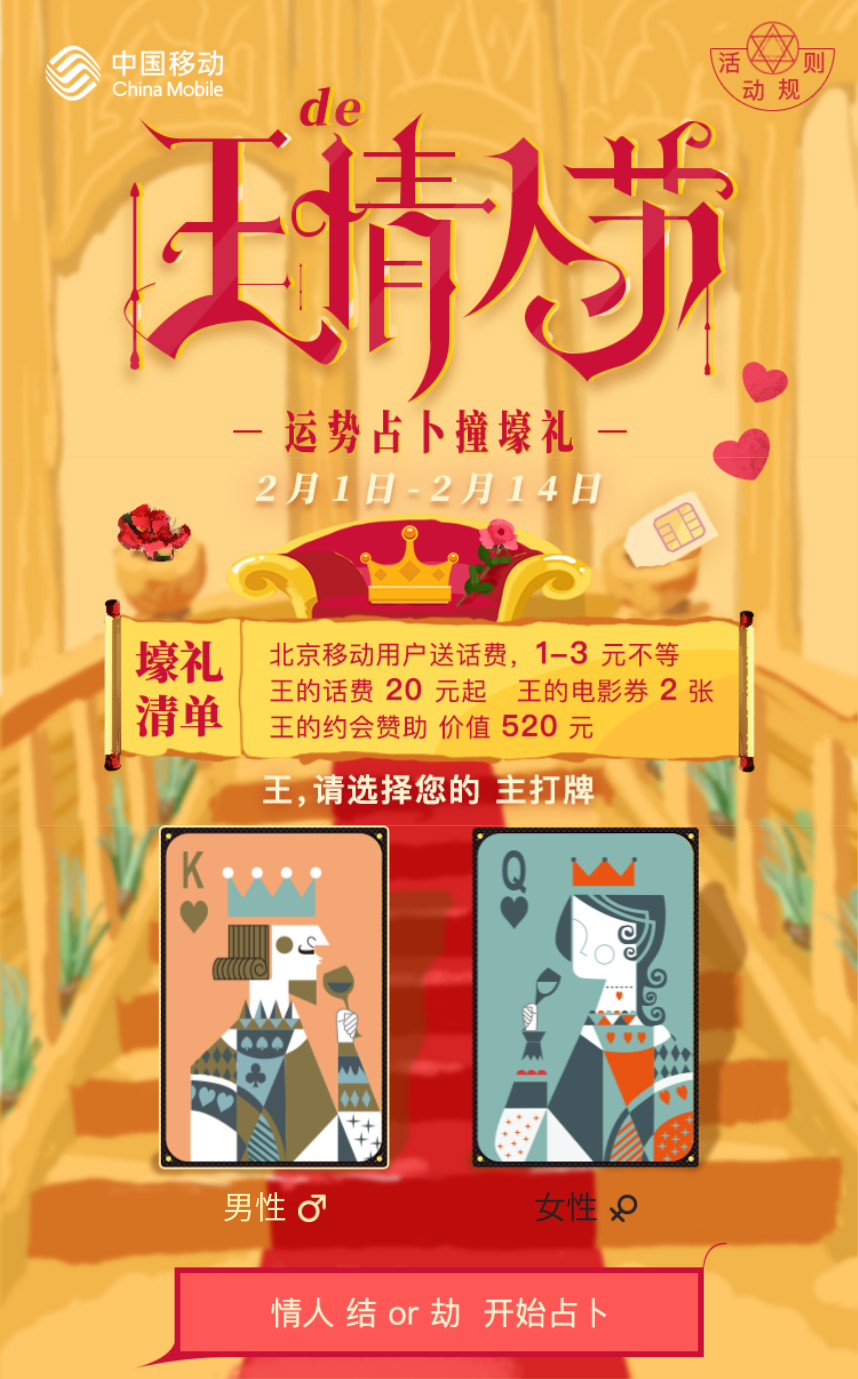
Repository: wangbiaozy/12.19
Page: index.html
An editor plug-in stored every save of this project. The page is shown before and after the next save, followed by the edit.
The browser window is 1280 px wide. The pictures show the whole page, at 67% of full size.

Above is the page before, as saved 2018-12-18 16:40:46.

After the next save:
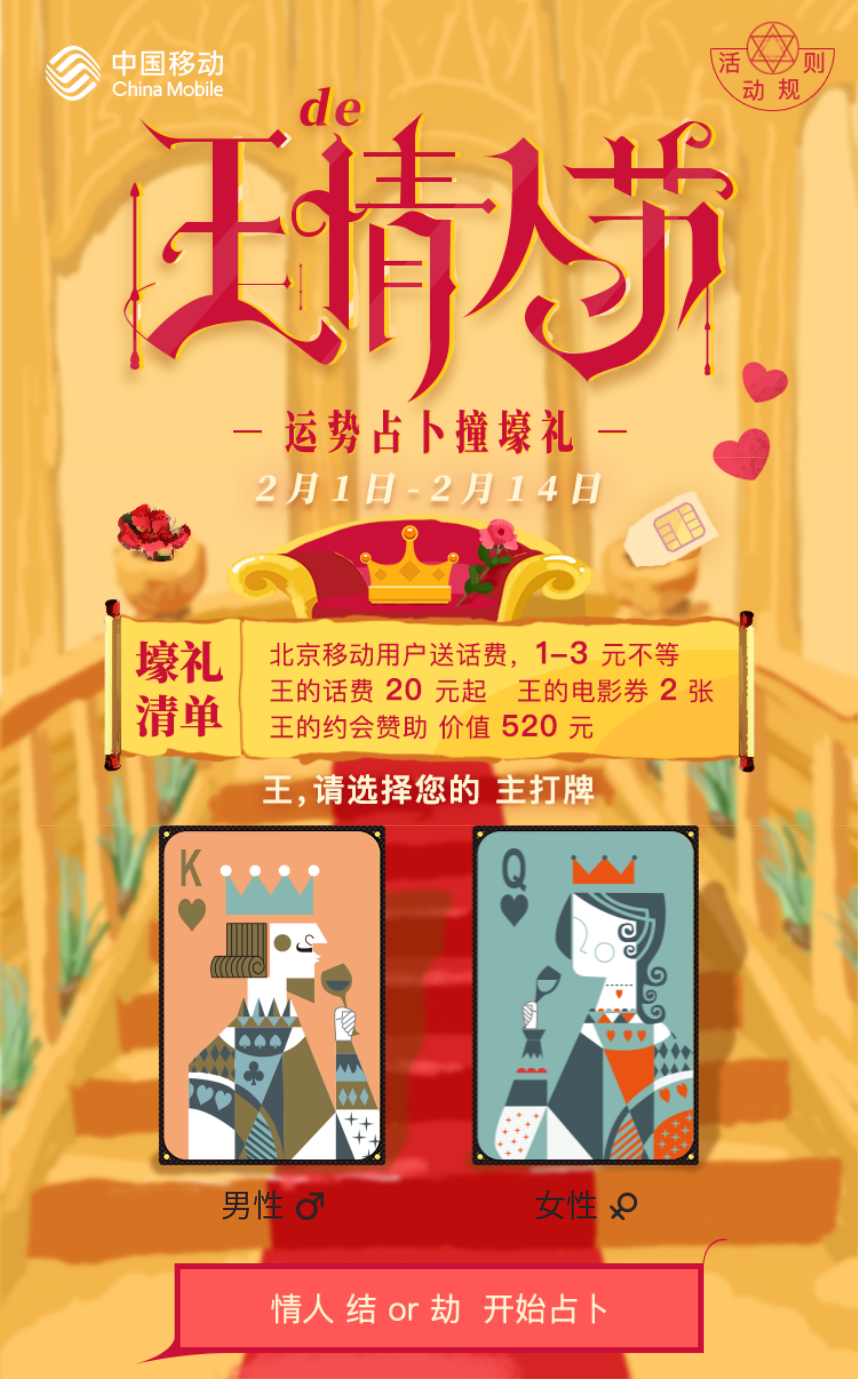
Saved 41 s later.
--- a/index.html
+++ b/index.html
@@ -20,7 +20,7 @@
         <section></section>
         <main>
             <div class="card-box">
-                <div class="card-1 act">
+                <div class="card-1">
                     <p>男性<i></i></p>
                 </div>
                 <div class="card-2">
